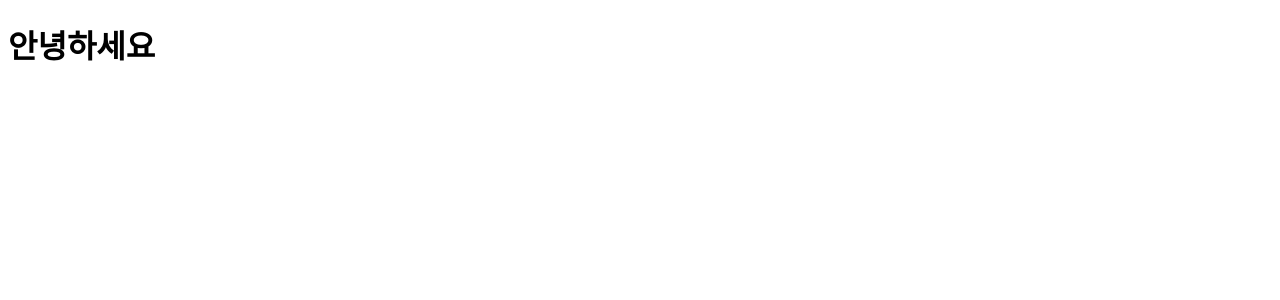
Repository: Dalso13/workspace
Page: workspace_web/chapter03_javascript/WebContent/08_DOM/Ex02_DOM생성.html
An editor plug-in stored every save of this project. The page is shown before and after the next save, followed by the edit.
The browser window is 1280 px wide. The pictures show the whole page.

Above is the page before, as saved 2023-05-12 01:03:21.

After the next save:
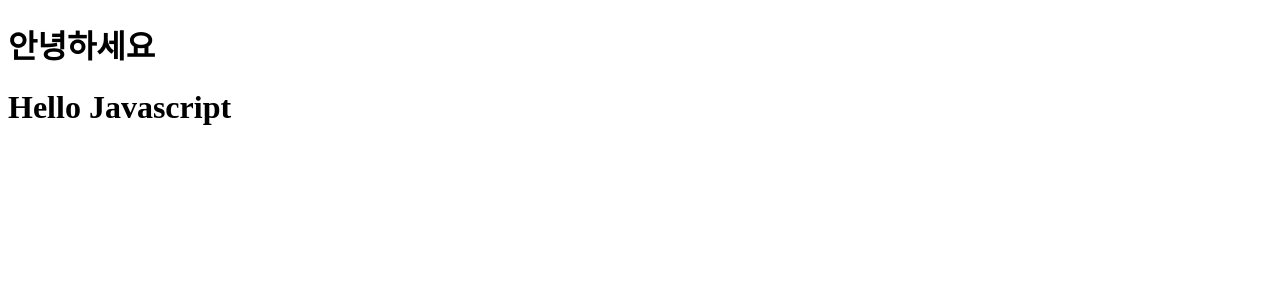
Saved 7 min 13 s later.
--- a/workspace_web/chapter03_javascript/WebContent/08_DOM/Ex02_DOM생성.html
+++ b/workspace_web/chapter03_javascript/WebContent/08_DOM/Ex02_DOM생성.html
@@ -10,14 +10,23 @@
 		1. document.createElement(element)	: element(요소) 생성
 		2. document.removeChild(element)	: element(요소) 삭제
 		3. document.appendChild(element)	: element(요소) 추가
+		3. document.replaceChild(new element , old element)	: old 에서 new로 변경
 
 
 	*/
 
 	onload = function() {
+		// 1. <h1> 태그 만들기
+		var headElement = document.createElement("h1");
 
+		// 2. 텍스트 노드 만들기
+		var textNode = document.createTextNode("Hello Javascript")
 
+		// 3. <h1> 태그에 텍스트 노드 추가하기
+		headElement.appendChild(textNode);
 
+		// 4. <h1> 태그를 <body>에 추가하기
+		document.body.appendChild(headElement);	// document.body  : body태그
 
 
 	}
